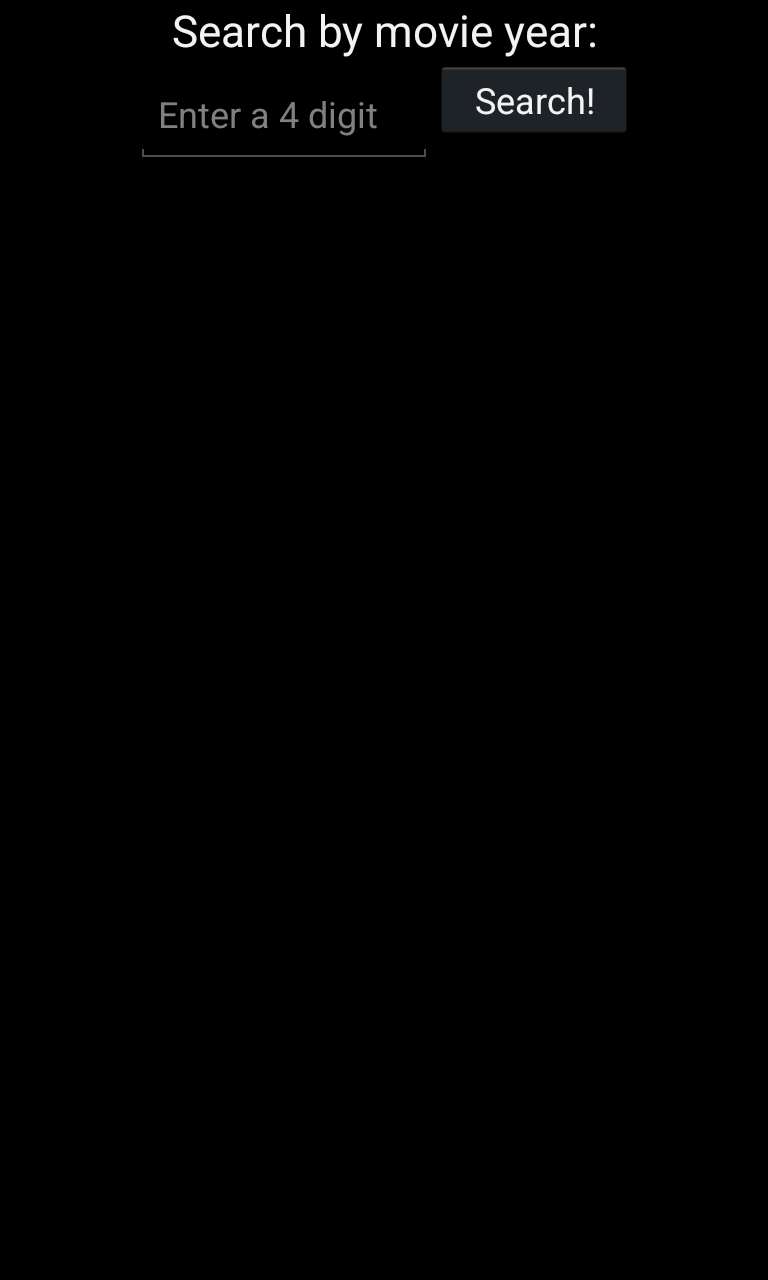
Repository: laurenelder/Java2_Elder
Layout: MovieLookup/res/layout/search_dialog.xml
These files come from the project's save history. The layout is drawn as it stood at one moment and after the next save; the edit follows.
It is drawn on a 768 x 1280 px phone screen (xhdpi) without system bars, with theme android:Theme.Holo; the app's code is not run. Lists and similar views that code fills are empty.

Above is the layout before, as saved 2014-08-01 01:06:33.

After the next save:
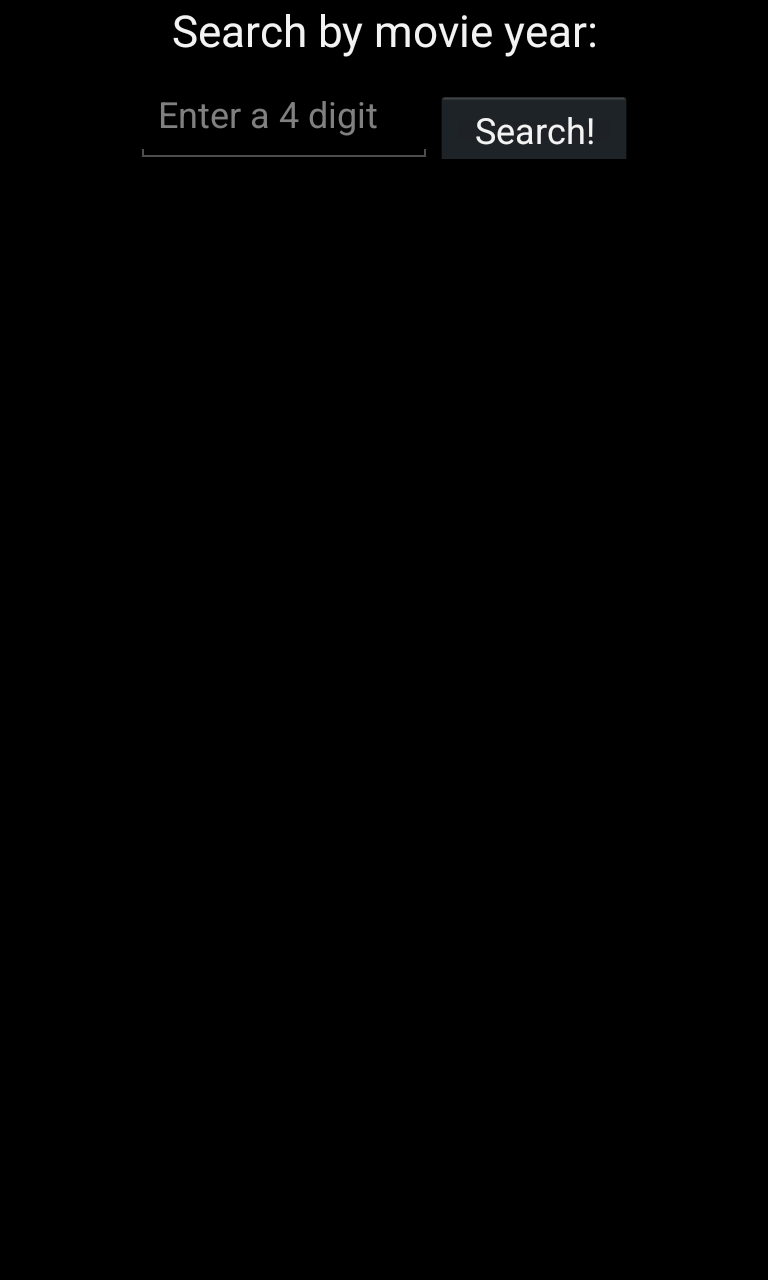
Saved 57 s later.
--- a/MovieLookup/res/layout/search_dialog.xml
+++ b/MovieLookup/res/layout/search_dialog.xml
@@ -31,6 +31,8 @@
         <Button
             android:layout_width="100dp"
             android:layout_height="40dp"
+            android:layout_marginTop="15dp"
+      		android:layout_marginBottom="7dp"
             android:gravity="center"
             android:text="@string/search_button_text"/>
 
